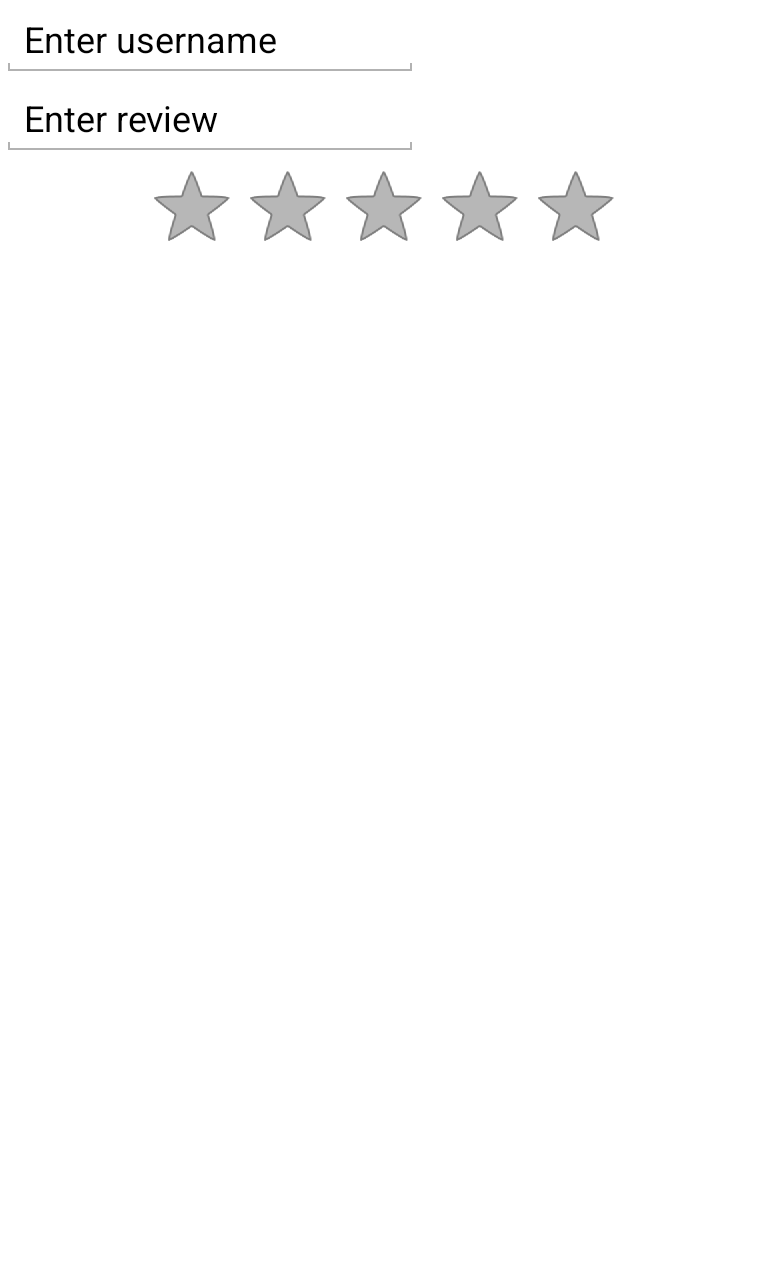
Repository: yash256/atnt
Layout: WNY Farm Fresh/res/layout/dialog.xml
These files come from the project's save history. The layout is drawn as it stood at one moment and after the next save; the edit follows.
It is drawn on a 768 x 1280 px phone screen (xhdpi) without system bars, with theme AppTheme; the app's code is not run.

Above is the layout before, as saved 2014-11-10 20:45:07.

After the next save:
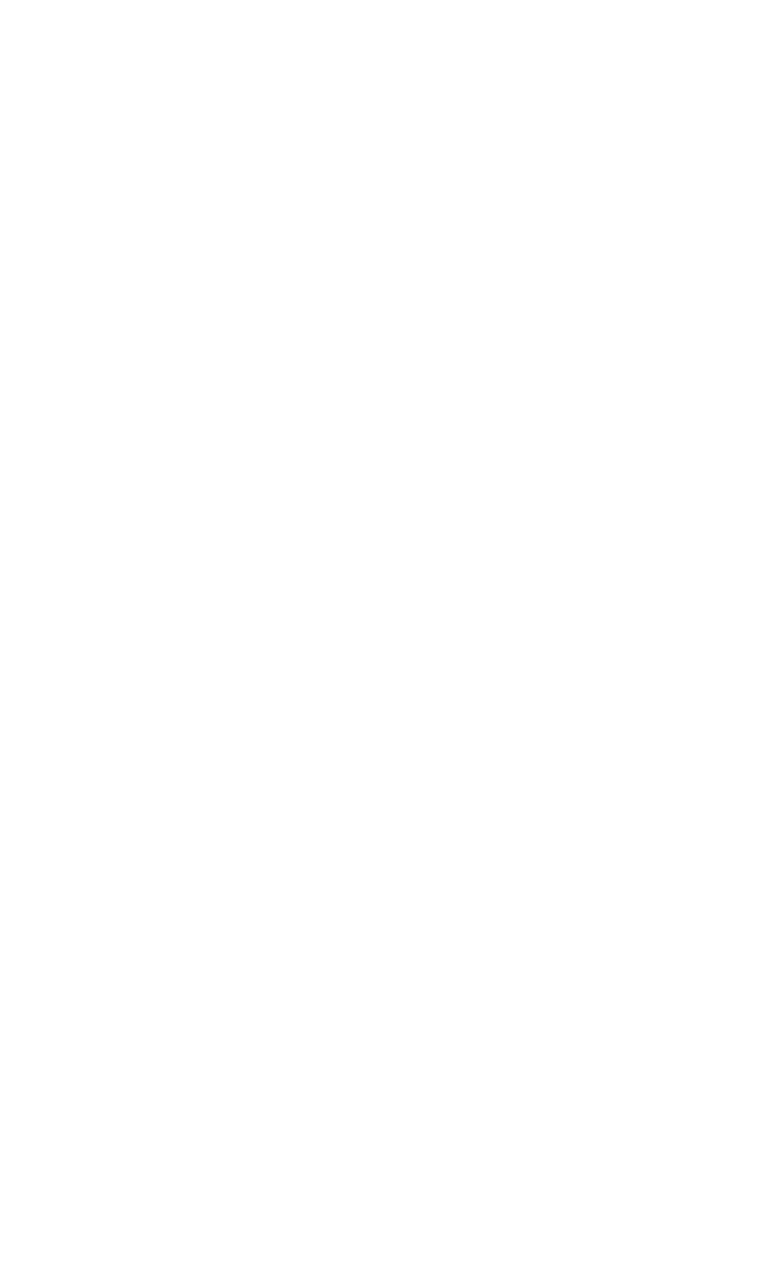
Saved 81 s later.
--- a/WNY Farm Fresh/res/layout/dialog.xml
+++ b/WNY Farm Fresh/res/layout/dialog.xml
@@ -1,5 +1,5 @@
 <?xml version="1.0" encoding="utf-8"?>
-<GridLayout xmlns:android="http://schemas.android.com/apk/res/android"
+<LinearLayout xmlns:android="http://schemas.android.com/apk/res/android"
     android:layout_width="match_parent"
     android:layout_height="match_parent"
     android:orientation="vertical"
@@ -35,4 +35,4 @@
         />
 
 
-</GridLayout>
+</LinearLayout>

After the save that followed:
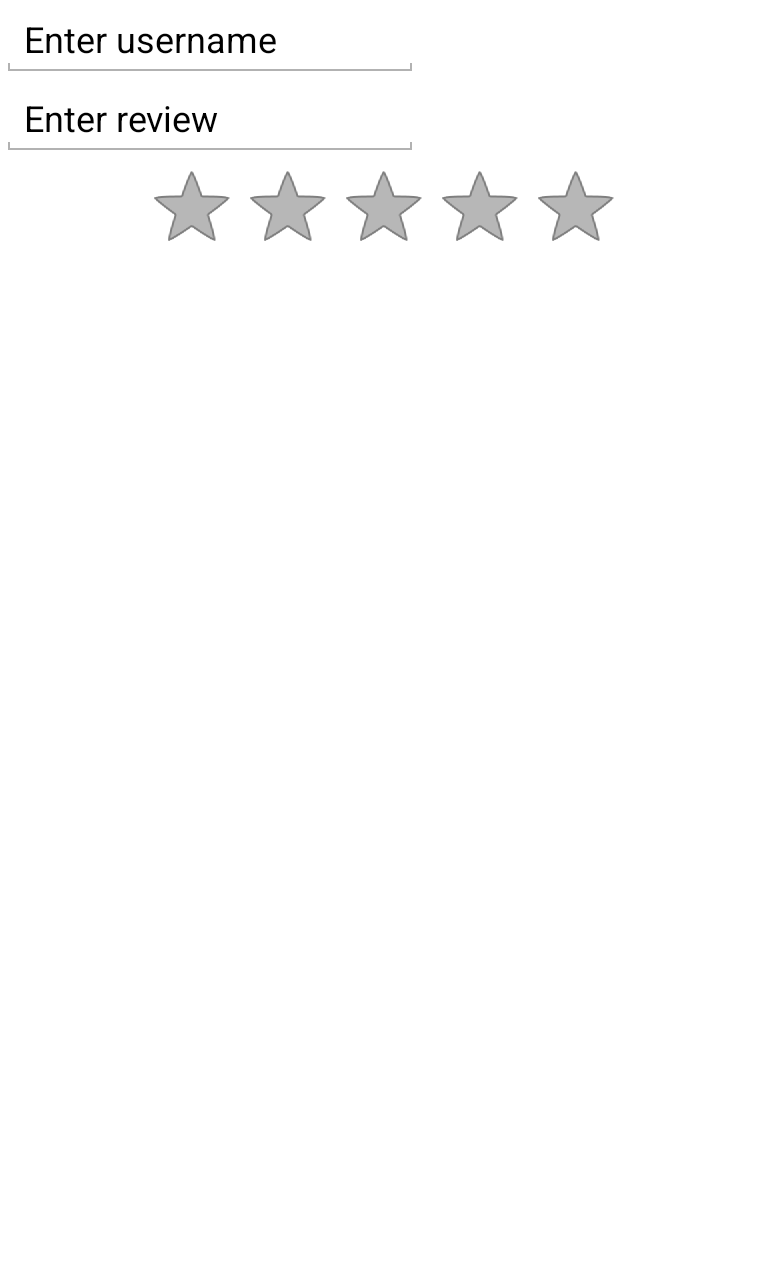
Saved 38 s later.
--- a/WNY Farm Fresh/res/layout/dialog.xml
+++ b/WNY Farm Fresh/res/layout/dialog.xml
@@ -1,5 +1,5 @@
 <?xml version="1.0" encoding="utf-8"?>
-<LinearLayout xmlns:android="http://schemas.android.com/apk/res/android"
+<GridLayout xmlns:android="http://schemas.android.com/apk/res/android"
     android:layout_width="match_parent"
     android:layout_height="match_parent"
     android:orientation="vertical"
@@ -35,4 +35,4 @@
         />
 
 
-</LinearLayout>
+</GridLayout>
